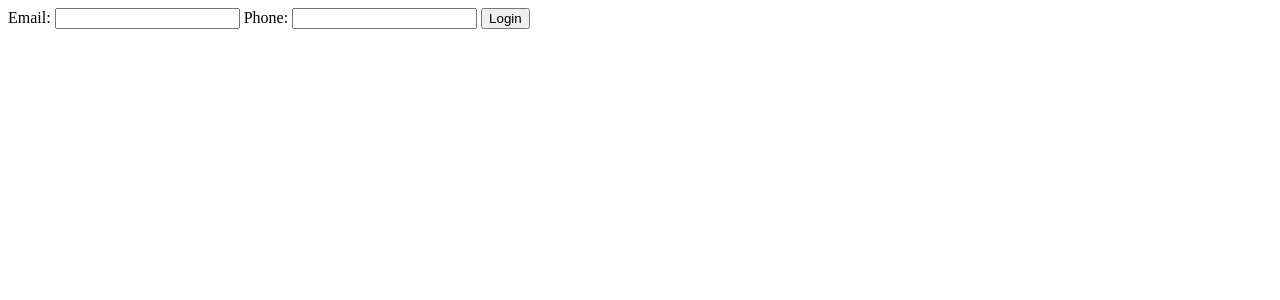
Repository: adityanathe2002/J2EE
Page: http://localhost/registration_app/Login.jsp
An editor plug-in stored every save of this project. The page is shown before and after the next save, followed by the edit.
The browser window is 1280 px wide. The pictures show the whole page.
The page is served by Tomcat 9. Other server files are loaded and not shown.

Above is the page before, as saved 2024-08-31 03:34:07.

### jdbc/registration_app/src/main/webapp/Login.jsp
<%@ page language="java" contentType="text/html; charset=UTF-8"
	pageEncoding="UTF-8"%>
<!DOCTYPE html>
<html>
<head>
<meta charset="UTF-8">
<title>Insert title here</title>
</head>
<body>

	<form action="login">
		Email: <input type="email" name="e">
		Phone: <input type="telephone" name="p">
		<input type="submit" value="Login">
	</form>

</body>
</html>

After the next save:
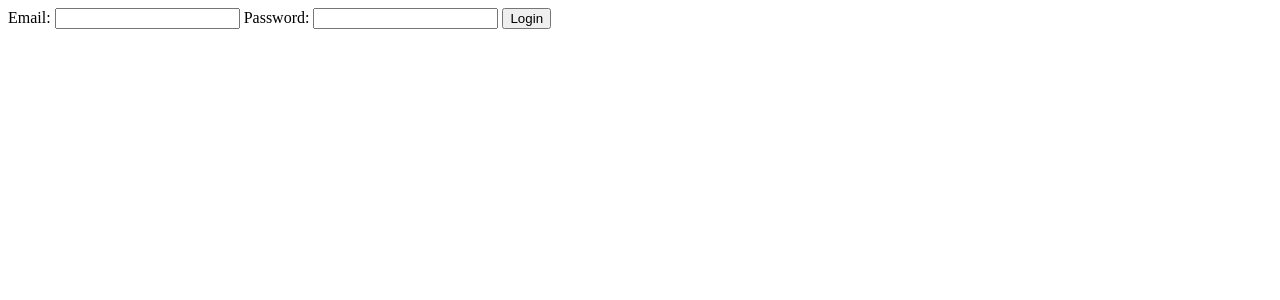
Saved 2 min 40 s later.
--- a/jdbc/registration_app/src/main/webapp/Login.jsp
+++ b/jdbc/registration_app/src/main/webapp/Login.jsp
@@ -9,8 +9,8 @@
 <body>
 
 	<form action="login">
-		Email: <input type="email" name="e">
-		Phone: <input type="telephone" name="p">
+		Email: <input type="email" name="email">
+		Password: <input type="telephone" name="phone">
 		<input type="submit" value="Login">
 	</form>
 
